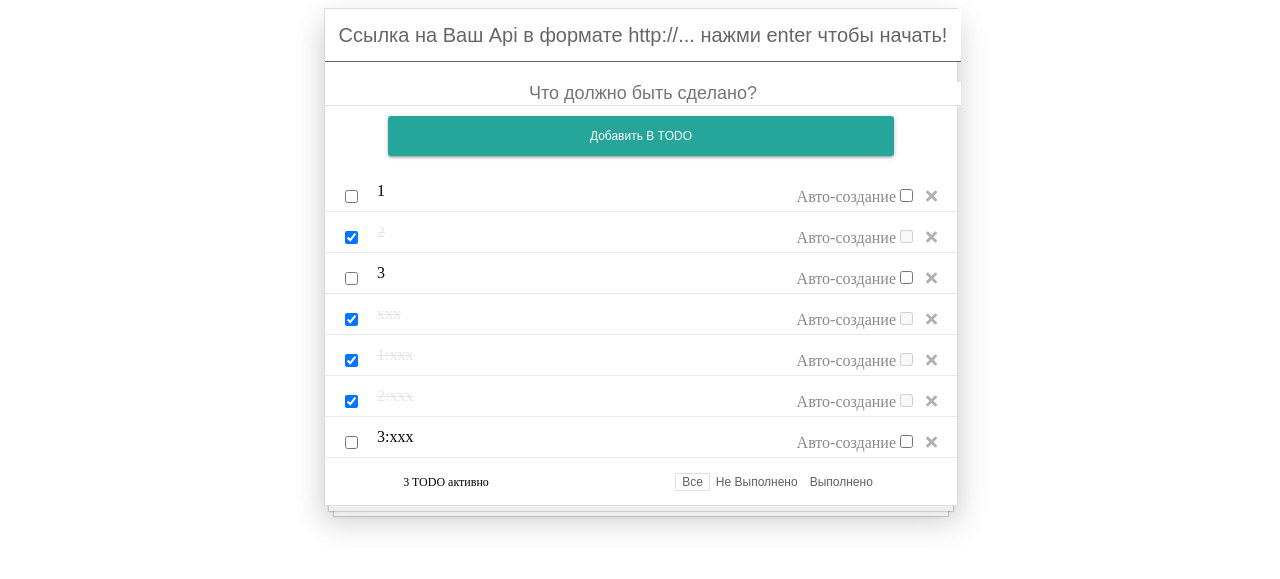
Repository: AntonBrock/taskTodo_for-backend
Page: /
An editor plug-in stored every save of this project. The page is shown before and after the next save, followed by the edit.
The browser window is 1280 px wide. The pictures show the whole page.
Some web libraries are served in a nearby version. The project was rebuilt for these pictures with package versions that can differ from the ones it lists, and the page was loaded fresh each time.

Above is the page before, as saved 2019-04-30 10:40:20.

After the next save:
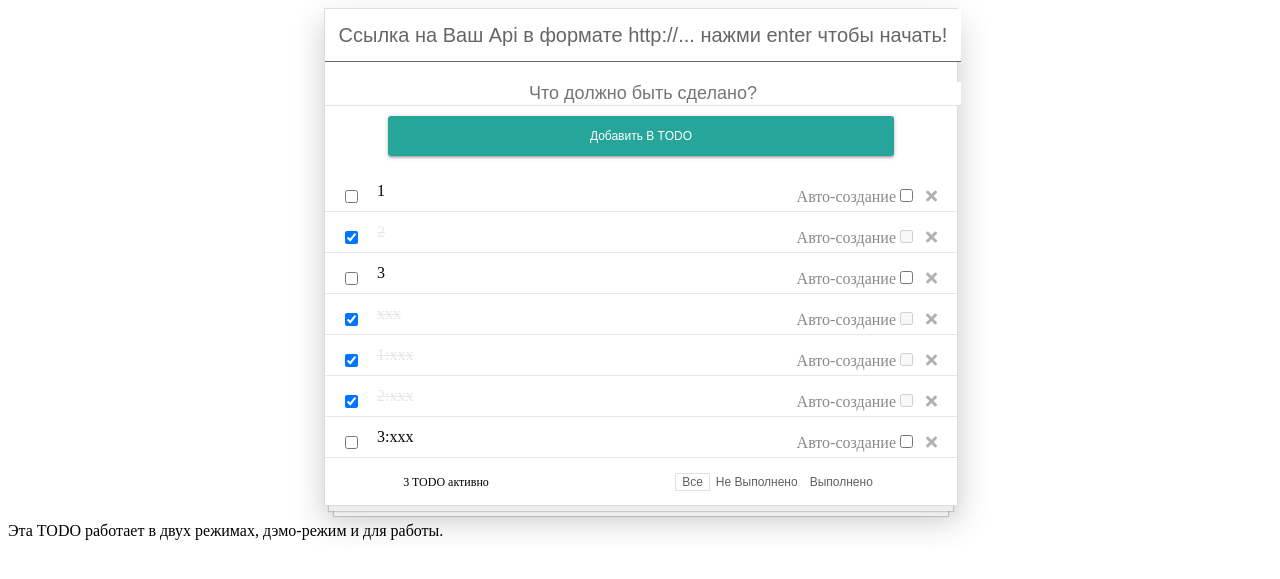
Saved 57 s later.
--- a/src/App.vue
+++ b/src/App.vue
@@ -2,6 +2,8 @@
   #app
     Todolist
     .helpWorld
+      p.helpText Эта TODO работает в двух режимах, дэмо-режим и для работы.
+      br
 </template>
 
 <script>
